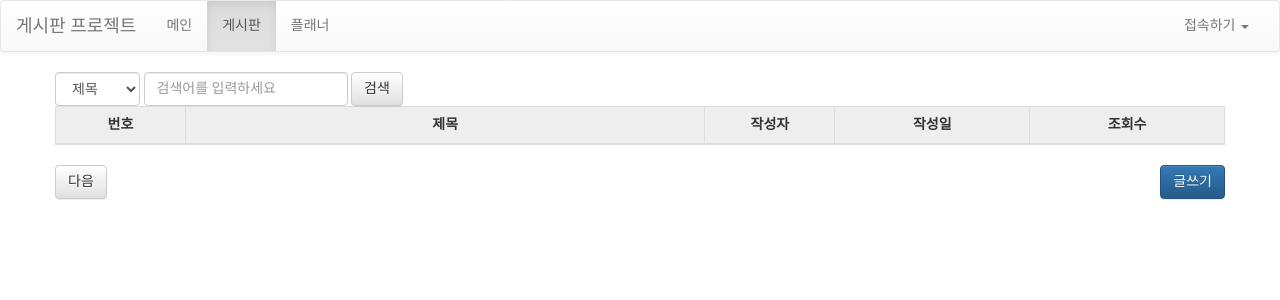
Repository: Seok7975/Project_PlannerSharingBoard
Page: http://localhost/ToDoList공유_게시판_ver3/bbs.jsp?bbsCategory=all
An editor plug-in stored every save of this project. The page is shown before and after the next save, followed by the edit.
The browser window is 1280 px wide. The pictures show the whole page.
Some web fonts or font styles are not loaded; a fallback is used. Some web libraries are served in a nearby version. The page is served by Tomcat 9. Other server files are loaded and not shown. Queries for data that is not in the repository find no rows.

Above is the page before, as saved 2024-07-03 05:22:20.

### List_Projects_ver3/ToDoList공유 게시판_ver3/src/main/webapp/bbs.jsp
<!--  게시판 -->

<%-- <%@ page language="java" contentType="text/html; charset=UTF-8"
    pageEncoding="UTF-8"%>
<%@ page import="java.io.PrintWriter" %>
<%@ page import="bbs.BbsDAO" %>
<%@ page import="bbs.Bbs" %>
<%@ page import="java.util.ArrayList" %>
<!DOCTYPE html>
<html>
<head>
<meta http-equiv="Content-Type" content="text/html; charset=UTF-8">
<meta name="viewport" content="width=device-width, initial-scale=1">
<!-- Latest compiled and minified CSS -->
<link rel="stylesheet" href="https://cdn.jsdelivr.net/npm/bootstrap@3.3.7/dist/css/bootstrap.min.css" integrity="sha384-BVYiiSIFeK1dGmJRAkycuHAHRg32OmUcww7on3RYdg4Va+PmSTsz/K68vbdEjh4u" crossorigin="anonymous">
<!-- Optional theme -->
<link rel="stylesheet" href="https://cdn.jsdelivr.net/npm/bootstrap@3.3.7/dist/css/bootstrap-theme.min.css" integrity="sha384-rHyoN1iRsVXV4nD0JutlnGaslCJuC7uwjduW9SVrLvRYooPp2bWYgmgJQIXwl/Sp" crossorigin="anonymous">
<!-- jQuery (necessary for Bootstrap's JavaScript plugins) -->
<script src="https://code.jquery.com/jquery-3.1.1.min.js"></script>
<!-- Latest compiled and minified JavaScript -->
<script src="https://cdn.jsdelivr.net/npm/bootstrap@3.3.7/dist/js/bootstrap.min.js" integrity="sha384-Tc5IQib027qvyjSMfHjOMaLkfuWVxZxUPnCJA7l2mCWNIpG9mGCD8wGNIcPD7Txa" crossorigin="anonymous"></script>
<link rel="stylesheet" href="css/jumbotronCustom.css">
<title>JSP 게시판 웹 사이트</title>
<style type="text/css">
	a, a:hover {
		color : #000000;
		text-decoration: none;
	}
</style>
</head>
<body>
<%
	String userID = null;
	if (session.getAttribute("userID") != null) {
		userID = (String) session.getAttribute("userID");
	}
	int pageNumber = 1;
	if (request.getParameter("pageNumber") != null) {
		pageNumber = Integer.parseInt(request.getParameter("pageNumber"));
	}
%>
	<nav class="navbar navbar-default">
		<div class="container-fluid">
			<div class="navbar-header">
				<button type="button" class="navbar-toggle collapsed" data-toggle="collapse" data-target="#bs-example-navbar-collapse-1" aria-expanded="false">
					<span class="sr-only">Toggle navigation</span>
					<span class="icon-bar"></span>
					<span class="icon-bar"></span>
					<span class="icon-bar"></span>
				</button>
				<a class="navbar-brand" href="main.jsp">게시판 프로젝트</a>
			</div>
			<div class="collapse navbar-collapse" id="bs-example-navbar-collapse-1">
				<ul class="nav navbar-nav">
					<li><a href="main.jsp">메인</a></li>
					<li class="active"><a href="bbs.jsp">게시판</a></li>
					<li><a href="planner/planner.jsp">플래너</a></li>
				</ul>
				<%
					if(userID == null) {
				%>
					<ul class="nav navbar-nav navbar-right">
						<li class="dropdown">
							<a href="#" class="dropdown-toggle" data-toggle="dropdown" role="button" aria-haspopup="true" aria-expanded="false">접속하기 <span class="caret"></span></a>
							<ul class="dropdown-menu">
								<li><a href="joinAndLogin/login.jsp">로그인</a></li>
								<li><a href="joinAndLogin/join.jsp">회원가입</a></li>
							</ul>
						</li>
					</ul>
				<%
					} else {
				%>
						<ul class="nav navbar-nav navbar-right">
						<li class="dropdown">
							<a href="#" class="dropdown-toggle" data-toggle="dropdown" role="button" aria-haspopup="true" aria-expanded="false">회원관리<span class="caret"></span></a>
							<ul class="dropdown-menu">
								<li><a href="logoutAction.jsp">로그아웃</a></li>
							</ul>
						</li>
					</ul>
				<%
					}
				%>
			</div>
		</div>
	</nav>

	<div class="container">
		<div class="row">
			<table class="table table-striped" style="text-align: center; border: 1px solid #dddddd">
				<thead>
					<tr>
						<th style="background-color: #eeeeee; text-align: center;">번호</th>
						<th style="background-color: #eeeeee; text-align: center;">제목</th>
						<th style="background-color: #eeeeee; text-align: center;">작성자</th>
						<th style="background-color: #eeeeee; text-align: center;">작성일</th>
						<th style="background-color: #eeeeee; text-align: center;">조회수</th>
					</tr>
				</thead>
				<tbody> <!-- 예시 -->
					<tr>
					<%
						BbsDAO bbsDAO = new BbsDAO();
						ArrayList<Bbs> list = bbsDAO.getList(pageNumber);
						for(int i = 0; i < list.size(); i++) {
					%>
						<td><%= list.get(i).getBbsID() %></td>
						<td><a href="view.jsp?bbsID=<%= list.get(i).getBbsID() %>"><%= list.get(i).getBbsTitle() %></a></td>
						<td><%= list.get(i).getUserID() %></td>
						<td><%= list.get(i).getBbsDate().substring(0, 11) + list.get(i).getBbsDate().substring(11,13) + "시" + list.get(i).getBbsDate().substring(14, 16) + "분" %></td>
						<td><%= list.get(i).getViewCount() %></td>
					<tr>
					<%
						}
					%>
				</tbody>
			</table>
			<%
				if(pageNumber != 1) {
			%>
				<a href="bbs.jsp?pageNumber=<%=pageNumber - 1%>" class="btn btn-success btn-arraw-left">이전</a>
			<%
				}
				if(bbsDAO.nextPage(pageNumber + 1)) {
			%>
					<a href="bbs.jsp?pageNumber=<%=pageNumber + 1%>" class="btn btn-success btn-arraw-right">다음</a>
			<%
				}
			%>
			<a href="write.jsp" class="btn btn-primary pull-right">글쓰기</a>
		</div>
	</div>
</body>
</html> --%>



<!--  게시판 -->

<%@ page language="java" contentType="text/html; charset=UTF-8"
    pageEncoding="UTF-8"%>
<%@ page import="java.io.PrintWriter" %>
<%@ page import="bbs.BbsDAO" %>
<%@ page import="bbs.Bbs" %>
<%@ page import="java.util.ArrayList" %>
<!DOCTYPE html>
<html>
<head>
<meta http-equiv="Content-Type" content="text/html; charset=UTF-8">
<meta name="viewport" content="width=device-width, initial-scale=1">
<!-- Latest compiled and minified CSS -->
<link rel="stylesheet" href="https://cdn.jsdelivr.net/npm/bootstrap@3.3.7/dist/css/bootstrap.min.css" integrity="sha384-BVYiiSIFeK1dGmJRAkycuHAHRg32OmUcww7on3RYdg4Va+PmSTsz/K68vbdEjh4u" crossorigin="anonymous">
<!-- Optional theme -->
<link rel="stylesheet" href="https://cdn.jsdelivr.net/npm/bootstrap@3.3.7/dist/css/bootstrap-theme.min.css" integrity="sha384-rHyoN1iRsVXV4nD0JutlnGaslCJuC7uwjduW9SVrLvRYooPp2bWYgmgJQIXwl/Sp" crossorigin="anonymous">
<link rel="stylesheet" href="css/bbsStyle.css"> <!-- 외부 CSS 파일 참조 -->
<!-- jQuery (necessary for Bootstrap's JavaScript plugins) -->
<script src="https://code.jquery.com/jquery-3.1.1.min.js"></script>
<!-- Latest compiled and minified JavaScript -->
<script src="https://cdn.jsdelivr.net/npm/bootstrap@3.3.7/dist/js/bootstrap.min.js" integrity="sha384-Tc5IQib027qvyjSMfHjOMaLkfuWVxZxUPnCJA7l2mCWNIpG9mGCD8wGNIcPD7Txa" crossorigin="anonymous"></script>
<link rel="stylesheet" href="css/jumbotronCustom.css">
<title>JSP 게시판 웹 사이트</title>

<!-- <style type="text/css">
    a, a:hover {
        color : #000000;
        text-decoration: none;
    }

    .table th.number-col {
        width: 10%;
    }
    .table th.title-col {
        width: 30%;
    }
    .table th.writer-col {
        width: 20%;
    }

    .table th.viewCount-col {
    	width: 15%;
    }

    .tble th, .table td {
    	white-space: nowrap;
    	overflow: hidden;
    	text-overflow: ellipsis;
    }

</style> -->
    <style type="text/css">
        a, a:hover {
            color: #000000;
            text-decoration: none;
        }

        .table {
            width: 100%;
            table-layout: fixed;
            border-collapse: collapse;
        }

        .table th, .table td {
            border: 1px solid #ddd;
            padding: 8px;
            white-space: nowrap;
            overflow: hidden;
            text-overflow: ellipsis;
        }

        .table th.number-col {
            width: 10%;
        }
        .table th.title-col {
            width: 40%;
        }
        .table th.writer-col {
            width: 10%;
        }
        .table th.viewCount-col {
            width: 15%;
        }
        .table th.date-col {
            width: 15%;
        }

        th {
            background-color: #f2f2f2;
        }
    </style>

</head>
<body>
<%
    String userID = null;
    if (session.getAttribute("userID") != null) {
        userID = (String) session.getAttribute("userID");
    }
    int pageNumber = 1;
    if (request.getParameter("pageNumber") != null) {
        pageNumber = Integer.parseInt(request.getParameter("pageNumber"));
    }
    String searchType = request.getParameter("searchType");
    String searchKeyword = request.getParameter("searchKeyword");
%>
    <nav class="navbar navbar-default">
        <div class="container-fluid">
            <div class="navbar-header">
                <button type="button" class="navbar-toggle collapsed" data-toggle="collapse" data-target="#bs-example-navbar-collapse-1" aria-expanded="false">
                    <span class="sr-only">Toggle navigation</span>
                    <span class="icon-bar"></span>
                    <span class="icon-bar"></span>
                    <span class="icon-bar"></span>
                </button>
                <a class="navbar-brand" href="main.jsp">게시판 프로젝트</a>
            </div>
            <div class="collapse navbar-collapse" id="bs-example-navbar-collapse-1">
                <ul class="nav navbar-nav">
                    <li><a href="main.jsp">메인</a></li>
                    <li class="active"><a href="bbs.jsp">게시판</a></li>
                    <li><a href="planner/planner.jsp">플래너</a></li>
                </ul>
                <%
                    if(userID == null) {
                %>
                    <ul class="nav navbar-nav navbar-right">
                        <li class="dropdown">
                            <a href="#" class="dropdown-toggle" data-toggle="dropdown" role="button" aria-haspopup="true" aria-expanded="false">접속하기 <span class="caret"></span></a>
                            <ul class="dropdown-menu">
                                <li><a href="joinAndLogin/login.jsp">로그인</a></li>
                                <li><a href="joinAndLogin/join.jsp">회원가입</a></li>
                            </ul>
                        </li>
                    </ul>
                <%
                    } else {
                %>
                        <ul class="nav navbar-nav navbar-right">
                        <li class="dropdown">
                            <a href="#" class="dropdown-toggle" data-toggle="dropdown" role="button" aria-haspopup="true" aria-expanded="false">회원관리<span class="caret"></span></a>
                            <ul class="dropdown-menu">
                            	<li><a href="profile.jsp">My Profile</a></li>
                                <li><a href="joinAndLogin/logoutAction.jsp">로그아웃</a></li>
                            </ul>
                        </li>
                    </ul>
                <%
                    }
                %>
            </div>
        </div>
    </nav>

    <div class="container">
        <div class="row">
            <form class="form-inline" method="get" action="bbs.jsp">
                <div class="form-group">
                    <select class="form-control" name="searchType">
                        <option value="title" <%= "title".equals(searchType) ? "selected" : "" %>>제목</option>
                        <option value="content" <%= "content".equals(searchType) ? "selected" : "" %>>내용</option>
                        <option value="writer" <%= "writer".equals(searchType) ? "selected" : "" %>>작성자</option>
                    </select>
                </div>
                <div class="form-group">
                    <input type="text" class="form-control" name="searchKeyword" placeholder="검색어를 입력하세요" value="<%= (searchKeyword != null && !searchKeyword.equals("")) ? searchKeyword : "" %>">
                </div>
                <button type="submit" class="btn btn-default">검색</button>
            </form>
            <table class="table table-striped" style="text-align: center; border: 1px solid #dddddd">
                <thead>
                    <tr>
                        <th class="number-col" style="background-color: #eeeeee; text-align: center;">번호</th>
                        <th class="title-col" style="background-color: #eeeeee; text-align: center;">제목</th>
                        <th class="writer-col" style="background-color: #eeeeee; text-align: center;">작성자</th>
                        <th class="date-col"style="background-color: #eeeeee; text-align: center;">작성일</th>
                        <th class="viewCount-col"style="background-color: #eeeeee; text-align: center;">조회수</th>
                    </tr>
                </thead>
                <tbody>
                    <%
                        BbsDAO bbsDAO = new BbsDAO();
                        ArrayList<Bbs> list;
                        int totalPage;
                        if (searchKeyword != null && !searchKeyword.equals("")) { // 검색어가 있을 때
                            list = bbsDAO.searchList(pageNumber, searchType, searchKeyword);
                            totalPage = (bbsDAO.getSearchPostCount(searchType, searchKeyword) + 9) / 10; // 검색 결과의 총 페이지 수 계산
                        } else { // 검색어가 없을 때
                            list = bbsDAO.getList(pageNumber);
                            totalPage = bbsDAO.getTotalPageCount(); // 전체 게시물의 총 페이지 수 계산
                        }
                        for(int i = 0; i < list.size(); i++) {
                    %>
                        <tr>
                            <td><%= list.get(i).getBbsID() %></td>
                            <td><a href="view.jsp?bbsID=<%= list.get(i).getBbsID() %>"><%= list.get(i).getBbsTitle() %></a></td>
                            <td><%= list.get(i).getUserID() %></td>
                            <td><%= list.get(i).getBbsDate().substring(0, 11) + list.get(i).getBbsDate().substring(11,13) + "시" + list.get(i).getBbsDate().substring(14, 16) + "분" %></td>
                            <td><%= list.get(i).getViewCount() %></td>
                        </tr>
                    <%
                        }
                    %>
                </tbody>
            </table>
            <div style="text-align: center;">
                <%
                    int pageBlock = 5;
                    int startPage = ((pageNumber - 1) / pageBlock) * pageBlock + 1;
                    int endPage = startPage + pageBlock - 1;

                    if(pageNumber != 1) {
                %>
                    <a href="bbs.jsp?pageNumber=<%= pageNumber - 1 %>&searchType=<%= searchType %>&searchKeyword=<%= (searchKeyword != null && !searchKeyword.equals("")) ? searchKeyword : "" %>" class="btn btn-default pull-left">이전</a>
                <%
                    }
                    for (int i = startPage; i <= endPage && i <= totalPage; i++) {
                %>
                    <a href="bbs.jsp?pageNumber=<%= i %>&searchType=<%= searchType %>&searchKeyword=<%= (searchKeyword != null && !searchKeyword.equals("")) ? searchKeyword : "" %>" class="btn <%= (i == pageNumber) ? "btn-primary pull-left" : "btn-default pull-left" %>"><%= i %></a>
                <%
                    }
                    if(pageNumber != totalPage) {
                %>
                    <a href="bbs.jsp?pageNumber=<%= pageNumber + 1 %>&searchType=<%= searchType %>&searchKeyword=<%= (searchKeyword != null && !searchKeyword.equals("")) ? searchKeyword : "" %>" class="btn btn-default pull-left">다음</a>
                <%
                    }
                %>
                <a href="write.jsp" class="btn btn-primary pull-right">글쓰기</a>
            </div>
        </div>
    </div>
</body>
</html>

### List_Projects_ver3/ToDoList공유 게시판_ver3/src/main/java/bbs/BbsDAO.java
package bbs;

import java.sql.Connection;
import java.sql.DriverManager;
import java.sql.PreparedStatement;
import java.sql.ResultSet;
import java.sql.SQLException;
import java.util.ArrayList;

/*DAO : 데이터 접근 객체의 약자, 실제로 데이터베이스에 접근을 해서 바로 빼올 수 있게 해주는 역할을 하는 클래스*/

public class BbsDAO {

	private Connection conn;
	private ResultSet rs;

	public BbsDAO() {
		try {
			String dbURL = "jdbc:mysql://localhost:3306/BBS";
			String dbID = "root";
			String dbPassword = "1234";
			Class.forName("com.mysql.cj.jdbc.Driver");
			conn = DriverManager.getConnection(dbURL, dbID, dbPassword);
		} catch (Exception e) {
			e.printStackTrace();
		}
	}

	// BbsDAO class에서는 여러개의 메서드가 사용되기 때문에,
	// 접근에 마찰이 일어나지 않기 위해 PreparedStatement는 각각 메서드 안에서 초기화
	public String getDate() { //게시판 작성시, 시간을 DB에 넣는 메서드
		String SQL = "SELECT NOW()";
		try {
			PreparedStatement pstmt = conn.prepareStatement(SQL);
			rs = pstmt.executeQuery();

			if (rs.next()) {
				return rs.getString(1);
			}
		} catch (Exception e) {
			e.printStackTrace();
		}
		return ""; // 데이터베이스 오류
	}

	//게시판 작성시, 시간을 DB에 넣는 메서드
	public int getNext() {
		String SQL = "SELECT bbsID FROM BBS ORDER By bbsID DESC";
		// 게시글 번호는 1부터 늘어나야 되기때문에 새로 생성할 때, 마지막에 쓰인 글을 가져와서 그 번호의 +1을 해야됨
		try {
			PreparedStatement pstmt = conn.prepareStatement(SQL);
			rs = pstmt.executeQuery();

			if (rs.next()) {
				return rs.getInt(1) + 1;
			}
			return 1; // 게시글이 첫 게시물인 경우

		} catch (Exception e) {
			e.printStackTrace();
		}
		return -1; // 데이터베이스 오류
	}

	public int write(String bbsTitle, String userID, String bbsContent, String fileName) {
	    String SQL = "INSERT INTO BBS (bbsID, bbsTitle, userID, bbsDate, bbsContent, bbsAvailable, fileName) VALUES (?, ?, ?, ?, ?, ?, ?)";
	    try {
	        PreparedStatement pstmt = conn.prepareStatement(SQL);
	        pstmt.setInt(1, getNext());
	        pstmt.setString(2, bbsTitle);
	        pstmt.setString(3, userID);
	        pstmt.setString(4, getDate());
	        pstmt.setString(5, bbsContent);
	        pstmt.setInt(6, 1);
	        if (fileName != null) {
	            pstmt.setString(7, fileName);
	        } else {
	            pstmt.setNull(7, java.sql.Types.VARCHAR); // uploadFile(fileName)이 null인 경우
	        }
	        return pstmt.executeUpdate();
	    } catch(Exception e) {
	        e.printStackTrace();
	    }
	    return -1;
	}

    public void increaseViewCount(int bbsID) {
        String SQL = "UPDATE BBS SET viewCount = viewCount + 1 WHERE bbsID = ?";
        try {
            PreparedStatement pstmt = conn.prepareStatement(SQL);
            pstmt.setInt(1, bbsID);
            pstmt.executeUpdate();
        } catch (Exception e) {
            e.printStackTrace();
        }
    }

    public ArrayList<Bbs> getList(int pageNumber) {
        String SQL = "SELECT * FROM BBS WHERE bbsID < ? AND bbsAvailable = 1 ORDER BY bbsID DESC LIMIT 10";
        ArrayList<Bbs> list = new ArrayList<Bbs>();
        try {
            PreparedStatement pstmt = conn.prepareStatement(SQL);
            pstmt.setInt(1, getNext() - (pageNumber - 1) * 10);
            rs = pstmt.executeQuery();
            while (rs.next()) {
                Bbs bbs = new Bbs(); // bbs안에 데이터들을 삽입
                bbs.setBbsID(rs.getInt(1));
                bbs.setBbsTitle(rs.getString(2));
                bbs.setUserID(rs.getString(3));
                bbs.setBbsDate(rs.getString(4));
                bbs.setBbsContent(rs.getString(5));
                bbs.setBbsAvailable(rs.getInt(6));
                bbs.setFileName(rs.getString(7)); // 파일 이름 설정
                bbs.setViewCount(rs.getInt(8)); // 조회수 설정
                list.add(bbs);
            }
        } catch (Exception e) {
            e.printStackTrace();
        }
        return list; // 데이터베이스 오류
    }

    // 페이징 처리 함수
	public boolean nextPage(int pageNumber) {
		String SQL = "SELECT * FROM BBS WHERE bbsID < ? AND bbsAvailable = 1";
		try {
			PreparedStatement pstmt = conn.prepareStatement(SQL);
			pstmt.setInt(1,  getNext() - (pageNumber -1) * 10);
			rs = pstmt.executeQuery();
			if (rs.next()) {
				return true;
			}
		} catch(Exception e) {
			e.printStackTrace();
		}
		return false;
	}

    public Bbs getBbs(int bbsID) {
        String SQL = "SELECT * FROM BBS WHERE bbsID = ?";
        try {
            PreparedStatement pstmt = conn.prepareStatement(SQL);
            pstmt.setInt(1, bbsID);
            rs = pstmt.executeQuery();

            if (rs.next()) {
                Bbs bbs = new Bbs(); // bbs안에 데이터들을 삽입
                bbs.setBbsID(rs.getInt(1));
                bbs.setBbsTitle(rs.getString(2));
                bbs.setUserID(rs.getString(3));
                bbs.setBbsDate(rs.getString(4));
                bbs.setBbsContent(rs.getString(5));
                bbs.setBbsAvailable(rs.getInt(6));
                bbs.setFileName(rs.getString(7)); // 파일 이름 설정
                bbs.setViewCount(rs.getInt(8)); // 조회수 설정
                return bbs;
            }
        } catch (Exception e) {
            e.printStackTrace();
        }
        return null;
    }

	// 특정한 매개변수로 들어온 제목과 내용을 수정하는 함수
    public int update(int bbsID, String bbsTitle, String bbsContent, String fileName) {
        String SQL = "UPDATE BBS SET bbsTitle = ?, bbsContent = ?, fileName = ? WHERE bbsID = ?";
        try {
            PreparedStatement pstmt = conn.prepareStatement(SQL);
            pstmt.setString(1, bbsTitle);
            pstmt.setString(2, bbsContent);
            pstmt.setString(3, fileName);
            pstmt.setInt(4, bbsID);
            return pstmt.executeUpdate();
        } catch (Exception e) {
            e.printStackTrace();
        }
        return -1; // 데이터베이스 오류
    }

    // bbsAvailable =0로 하여 글을 삭제하는 함수
	public int delete(int bbsID) {
		String SQL = "UPDATE BBS SET bbsAvailable =0 WHERE bbsID = ?";
		try {
			PreparedStatement pstmt = conn.prepareStatement(SQL);
			pstmt.setInt(1, bbsID);
			return pstmt.executeUpdate();
		} catch(Exception e) {
			e.printStackTrace();
		}
		return -1;
	}

    // 총 게시물 수를 반환하는 메서드
    public int getTotalPostCount() {
        String SQL = "SELECT COUNT(*) FROM BBS WHERE bbsAvailable = 1";
        try {
            PreparedStatement pstmt = conn.prepareStatement(SQL);
            rs = pstmt.executeQuery();
            if (rs.next()) {
                return rs.getInt(1);
            }
        } catch (Exception e) {
            e.printStackTrace();
        }
        return -1; // 데이터베이스 오류
    }

    // 총 페이지 수를 반환하는 메서드
    public int getTotalPageCount() {
        int totalPostCount = getTotalPostCount();
        int pageSize = 10; // 페이지당 게시물 수
        int totalPageCount = (totalPostCount + pageSize - 1) / pageSize; // 총 페이지 수 계산
        return totalPageCount;
    }

    // 검색한 결과의 게시물 수를 반환하는 메서드
    public int getSearchPostCount(String searchType, String searchKeyword) {
        String SQL = "";
        if (searchType.equals("title")) {
            SQL = "SELECT COUNT(*) FROM BBS WHERE bbsTitle LIKE ? AND bbsAvailable = 1";
        } else if (searchType.equals("content")) {
            SQL = "SELECT COUNT(*) FROM BBS WHERE bbsContent LIKE ? AND bbsAvailable = 1";
        } else if (searchType.equals("writer")) {
            SQL = "SELECT COUNT(*) FROM BBS WHERE userID LIKE ? AND bbsAvailable = 1";
        }
        try {
            PreparedStatement pstmt = conn.prepareStatement(SQL);
            pstmt.setString(1, "%" + searchKeyword + "%");
            rs = pstmt.executeQuery();
            if (rs.next()) {
                return rs.getInt(1);
            }
        } catch (Exception e) {
            e.printStackTrace();
        }
        return -1; // 데이터베이스 오류
    }


    public ArrayList<Bbs> searchList(int pageNumber, String searchType, String searchKeyword) {
        ArrayList<Bbs> list = new ArrayList<Bbs>();
        String SQL = "";
        PreparedStatement pstmt = null;
        ResultSet rs = null;

        try {
            if (searchType.equals("title")) {
                SQL = "SELECT * FROM BBS WHERE bbsTitle LIKE ? AND bbsAvailable = 1 ORDER BY bbsID DESC LIMIT ?, 10";
            } else if (searchType.equals("content")) {
                SQL = "SELECT * FROM BBS WHERE bbsContent LIKE ? AND bbsAvailable = 1 ORDER BY bbsID DESC LIMIT ?, 10";
            } else if (searchType.equals("writer")) {
                SQL = "SELECT * FROM BBS WHERE userID LIKE ? AND bbsAvailable = 1 ORDER BY bbsID DESC LIMIT ?, 10";
            }
            pstmt = conn.prepareStatement(SQL); //PreparedStatement pstmt = conn.prepareStatement(SQL);
            pstmt.setString(1, "%" + searchKeyword + "%");
            pstmt.setInt(2, (pageNumber - 1) * 10);
            rs = pstmt.executeQuery();
            while (rs.next()) {
                Bbs bbs = new Bbs();
                bbs.setBbsID(rs.getInt(1));
                bbs.setBbsTitle(rs.getString(2));
                bbs.setUserID(rs.getString(3));
                bbs.setBbsDate(rs.getString(4));
                bbs.setBbsContent(rs.getString(5));
                bbs.setBbsAvailable(rs.getInt(6));
                bbs.setFileName(rs.getString(7)); // 파일 이름 설정
                bbs.setViewCount(rs.getInt(8));
                list.add(bbs);
            }
        } catch (SQLException e) {
            e.printStackTrace();
        } finally {
            try {
                if (rs != null) rs.close();
                if (pstmt != null) pstmt.close();
            } catch (Exception e) {
                e.printStackTrace();
            }
        }
        return list;
    }

}

### List_Projects_ver3/ToDoList공유 게시판_ver3/src/main/webapp/css/bbsStyle.css
@charset "UTF-8";

a, a:hover {
	color : #000000;
	text-decoration: none;
}

/* body {
     background-color: #e0f7fa;   생동감 있는 옅은 파란색 배경
} */

.table td {
        text-align: center;
        /* border: 1px solid #dddddd; */
        background-color: #fefefe;
}

### List_Projects_ver3/ToDoList공유 게시판_ver3/src/main/webapp/css/jumbotronCustom.css

@import url(http://fonts.googleapis.com/earlyaccess/nanumgothic.css);
@import url(http://fonts.googleapis.com/earlyaccess/hanna.css);
* {
	font-family : 'Nanum Gothic';
}

h1 {
	font-family : 'Hanna';
}

After the next save:
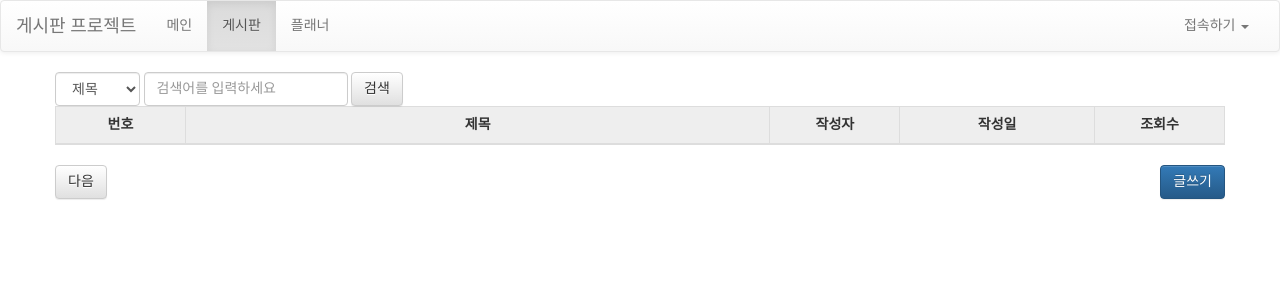
Saved 18 s later.
--- a/List_Projects_ver3/ToDoList공유 게시판_ver3/src/main/webapp/bbs.jsp
+++ b/List_Projects_ver3/ToDoList공유 게시판_ver3/src/main/webapp/bbs.jsp
@@ -212,13 +212,13 @@
             width: 10%;
         }
         .table th.title-col {
-            width: 40%;
+            width: 45%;
         }
         .table th.writer-col {
             width: 10%;
         }
         .table th.viewCount-col {
-            width: 15%;
+            width: 10%;
         }
         .table th.date-col {
             width: 15%;
